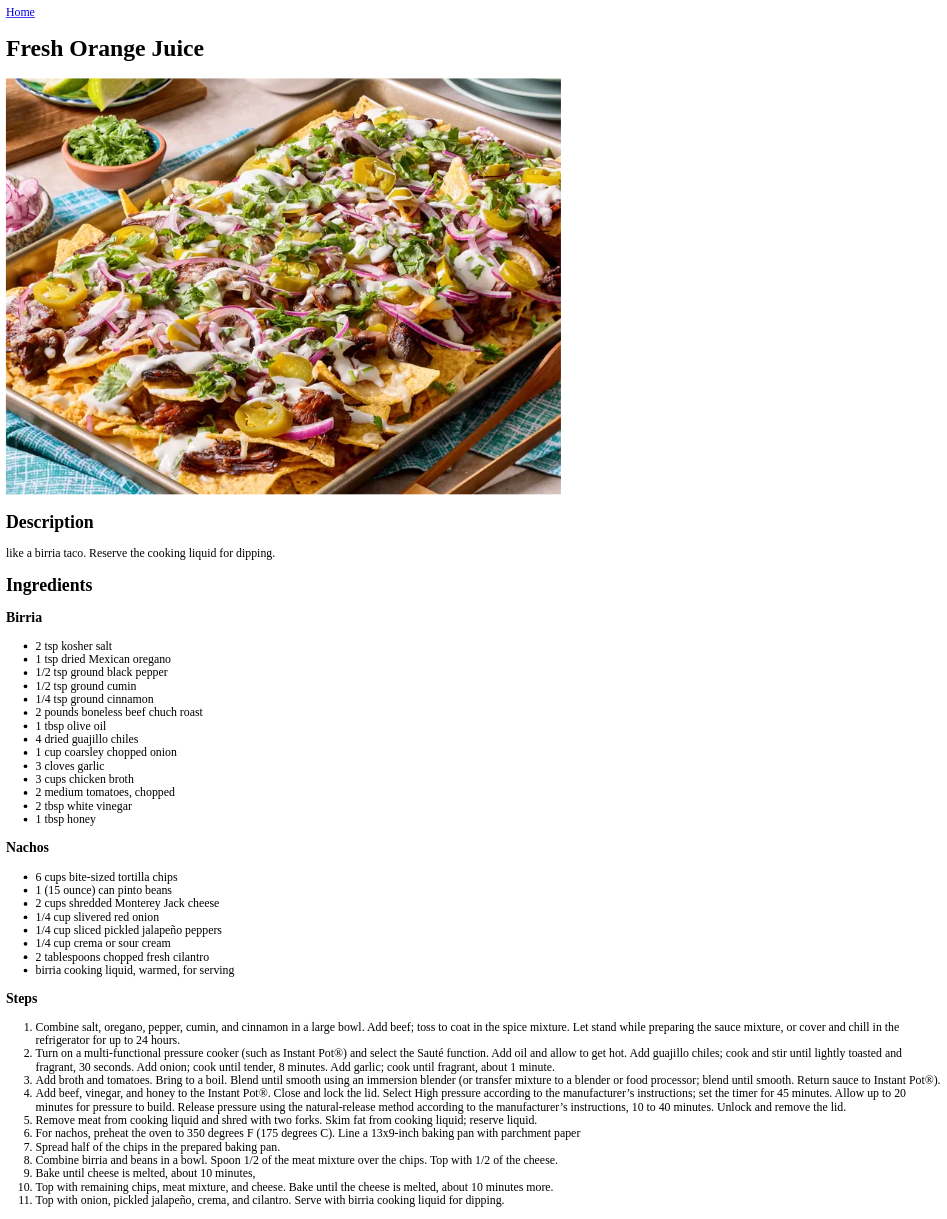
Repository: itsDevAK/odin-recipes
Page: recipes/orange-juice.html
An editor plug-in stored every save of this project. The page is shown before and after a run of saves, followed by the edit.
The browser window is 1280 px wide. The pictures show the whole page, at 74% of full size.

Above is the page before, as saved 2026-09-17 13:14:31.

After the next 3 saves:
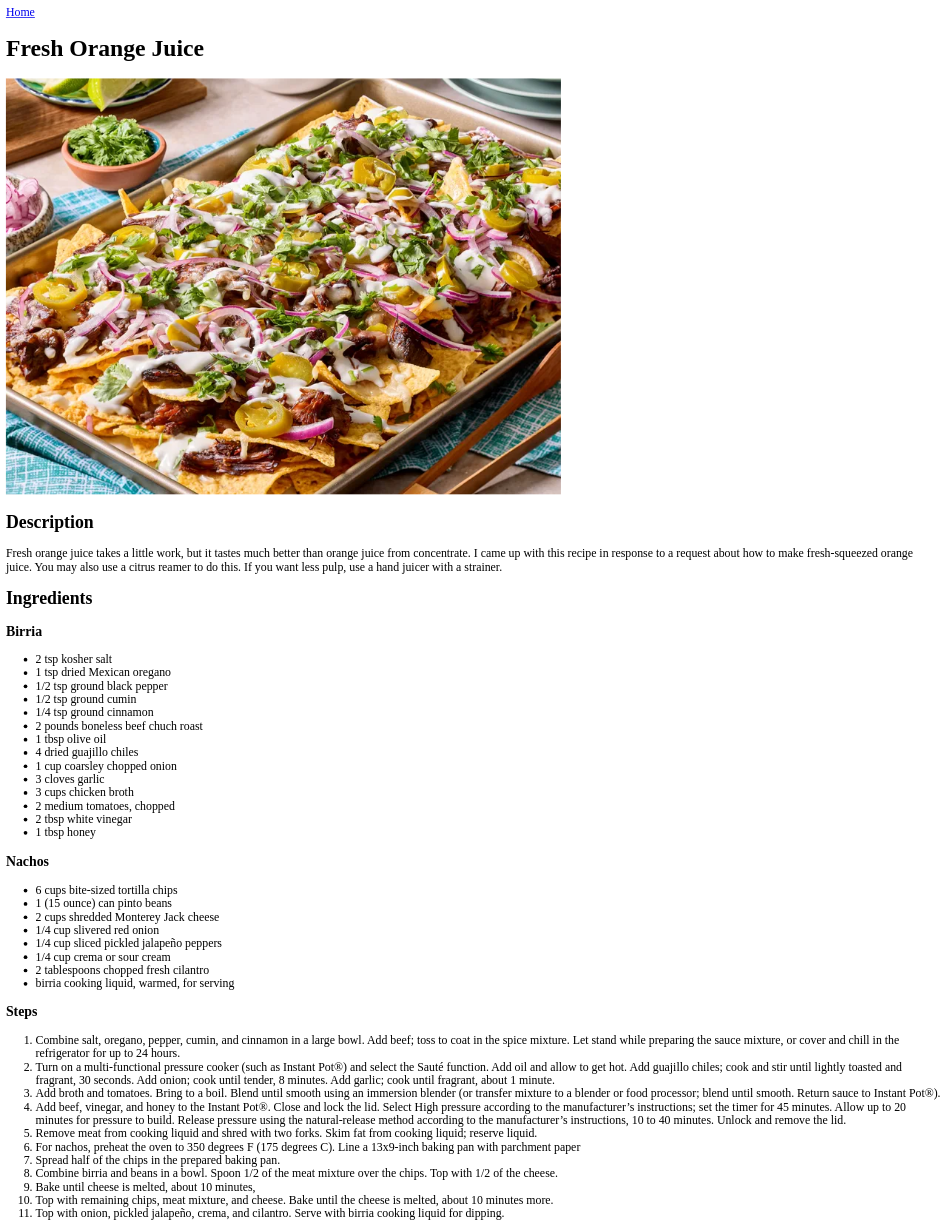
The 3 saves are shown as one change because they came seconds apart.
The last was saved 9 s later.
--- a/recipes/orange-juice.html
+++ b/recipes/orange-juice.html
@@ -10,7 +10,7 @@
     <h1>Fresh Orange Juice</h1>
     <img src="../images/nachos.webp" alt="">
     <h2>Description</h2>
-    <p> like a birria taco. Reserve the cooking liquid for dipping.</p>
+    <p>Fresh orange juice takes a little work, but it tastes much better than orange juice from concentrate. I came up with this recipe in response to a request about how to make fresh-squeezed orange juice. You may also use a citrus reamer to do this. If you want less pulp, use a hand juicer with a strainer.</p>
     <h2>Ingredients</h2>
     <h3>Birria</h3>
     <ul>
